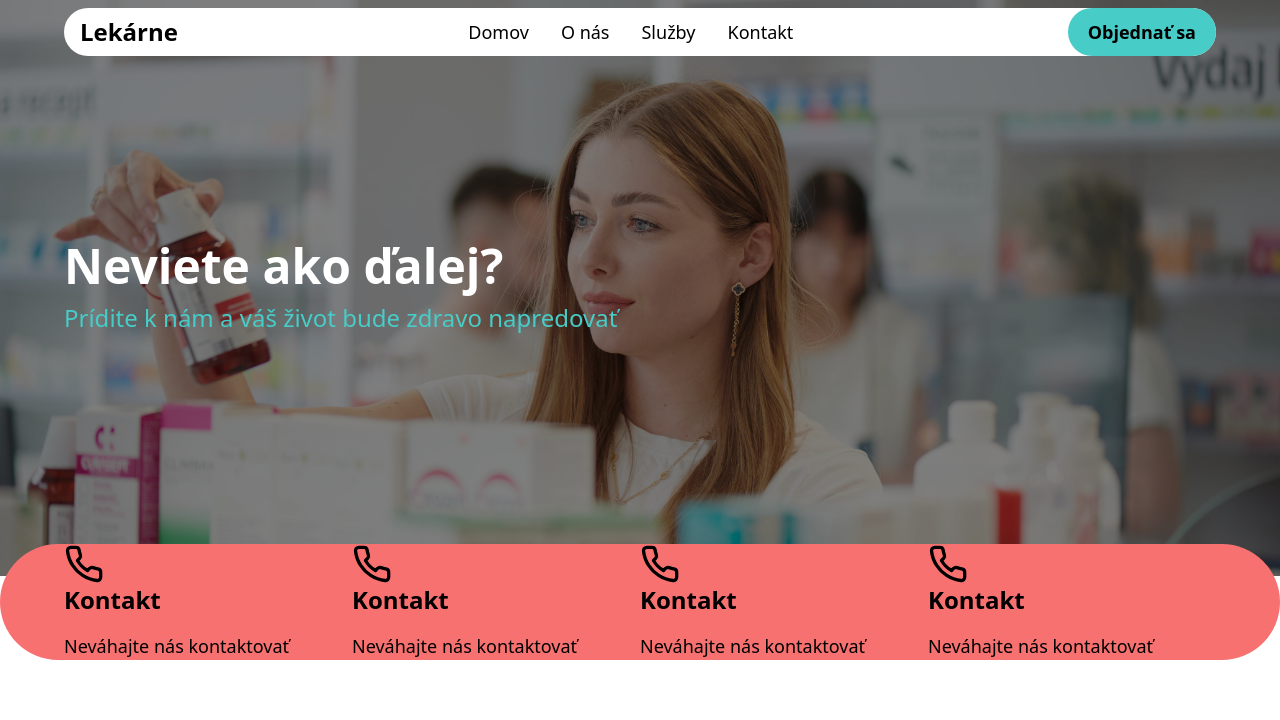
Repository: SimonSkoda13/Lekaren
Page: /
These files come from the project's save history. The page is drawn as it stood at one moment and after the next save; the edit follows.
The browser window is 1280 px wide. The pictures show the whole page.
The project was rebuilt for these pictures with package versions that can differ from the ones it lists, and the page was loaded fresh each time. The framework's server and built-in components were replaced by stand-ins that run in the browser. Also part of the build but not shown: next.config.js.

Above is the page before, as saved 2023-04-22 17:39:43.

### src/app/layout.tsx
import { Header } from "./components/Header/Header";
import "./globals.css";
import { Poppins } from "next/font/google";

export const metadata = {
  title: "Create Next App",
  description: "Generated by create next app",
};

export default function RootLayout({
  children,
}: {
  children: React.ReactNode;
}) {
  return (
    <html lang="en">
      <body className="bg-white min-h-[100vh]">
        <Header />
        <main>{children}</main>
        <footer></footer>
      </body>
    </html>
  );
}

### src/app/page.tsx
import Image from "next/image";
import { Inter } from "next/font/google";
import { HomeHero } from "./components/HomeHero/HomeHero";
import { Contact } from "./components/Contact/Contact";

const inter = Inter({ subsets: ["latin"] });

// page with

export default function Home() {
  return (
    <>
      <HomeHero
        title={"Neviete ako ďalej?"}
        image={"/homeBanner.jpg"}
        description={"Prídite k nám a váš život bude zdravo napredovať"}
      />
      <Contact
        items={[
          {
            title: "Kontakt",
            description: "Neváhajte nás kontaktovať",
            icon: "/contactIcon.svg",
          },
          {
            title: "Kontakt",
            description: "Neváhajte nás kontaktovať",
            icon: "/contactIcon.svg",
          },
          {
            title: "Kontakt",
            description: "Neváhajte nás kontaktovať",
            icon: "/contactIcon.svg",
          },
          {
            title: "Kontakt",
            description: "Neváhajte nás kontaktovať",
            icon: "/contactIcon.svg",
          },
        ]}
      />
    </>
  );
}

### src/app/components/Header/Header.tsx
import Link from "next/link";
import React from "react";

export interface HeaderProps {}

export const Header = (props: HeaderProps) => {
  const {} = props;
  return (
    <header className="cntn fixed w-full top-2 z-10">
      <div className="flex bg-white rounded-full">
        <h1 className="py-2 px-4 text-2xl font-bold">Lekárne</h1>
        <div className="py-2 px-4 flex gap-8 items-center mx-auto text-lg font-medium">
          <Link href="/">Domov</Link>
          <Link href="/onas">O nás</Link>
          <Link href="/sluzby">Služby</Link>
          <Link href="/kontakt">Kontakt</Link>
        </div>
        {/* button order self */}
        <div className="flex justify-center items-center px-5 p-0 bg-primary rounded-full text-lg font-bold">
          <Link href="/order">Objednať sa</Link>
        </div>
      </div>
    </header>
  );
};

### src/app/globals.css
@tailwind base;
@tailwind components;
@tailwind utilities;

@layer components {
  .cntn {
    @apply mx-auto px-4  max-w-screen-xl md:px-16;
  }
}

### src/app/components/HomeHero/HomeHero.tsx
import Image from "next/image";
import React from "react";
import { ImageGradient } from "./ImageGradient/ImageGradient";

export interface HomeHeroProps {
  title: string;
  image: string;
  description: string;
}

export const HomeHero = (props: HomeHeroProps) => {
  const { title, image, description } = props;
  return (
    <section className="relative h-[80vh] z-0 px-0">
      <div className="w-full h-full absolute left-0 top-0 ">
        {/* make filter for image to odd brightness from top biggest to bottom lowest */}
        <ImageGradient>
          <Image
            src={image}
            alt="Next.js logo"
            fill
            style={{
              objectFit: "cover",
              objectPosition: "center",
            }}
          />
        </ImageGradient>
      </div>
      <div className="cntn relative gap-3 h-full flex justify-center flex-wrap flex-col z-10">
        <h1 className="text-5xl font-bold text-white">{title}</h1>
        <p className="text-2xl text-primary">{description}</p>
      </div>
    </section>
  );
};

### src/app/components/Contact/Contact.tsx
import { Phone } from "lucide-react";
import Image from "next/image";
import React from "react";

export interface ContactProps {
  items?: {
    title: string;
    description: string;
    icon: string;
  }[];
}

export const Contact = (props: ContactProps) => {
  const { items } = props;
  return (
    <section className="cntn z-10 relative w-full min-h top-[-2rem] grid grid-cols-2 md:grid-cols-4 items-start bg-red-400 rounded-full">
      {items?.map((item) => (
        <div className="flex flex-col items-start gap-4">
          {/* <Image
            src={item.icon}
            alt={"contactIcon" + item.title}
            width={100}
            height={100}
          /> */}
          <div>
            <Phone size={40} />
            <h2 className="text-2xl font-bold">{item.title}</h2>
          </div>
          <p className="text-lg font-medium">{item.description}</p>
        </div>
      ))}
    </section>
  );
};

### src/app/components/HomeHero/ImageGradient/ImageGradient.tsx
import React from "react";

export interface ImageGradientProps {
  children: React.ReactNode;
}

export const ImageGradient = (props: ImageGradientProps) => {
  const { children } = props;
  return (
    <div className="relative w-full h-full brightness-50 overflow-hidden z-10">
      <div className="absolute inset-0 z-10"></div>
      {children}
    </div>
  );
};

### tailwind.config.js
/** @type {import('tailwindcss').Config} */
module.exports = {
  content: [
    "./src/pages/**/*.{js,ts,jsx,tsx,mdx}",
    "./src/components/**/*.{js,ts,jsx,tsx,mdx}",
    "./src/app/**/*.{js,ts,jsx,tsx,mdx}",
  ],
  theme: {
    extend: {
      colors: {
        primary: "#47CCC8",
        secondary: "#2D3663",
      },
    },
  },
  plugins: [],
};

Loaded but not shown: src/app/api/hello/route.ts (common file)

After the next save:
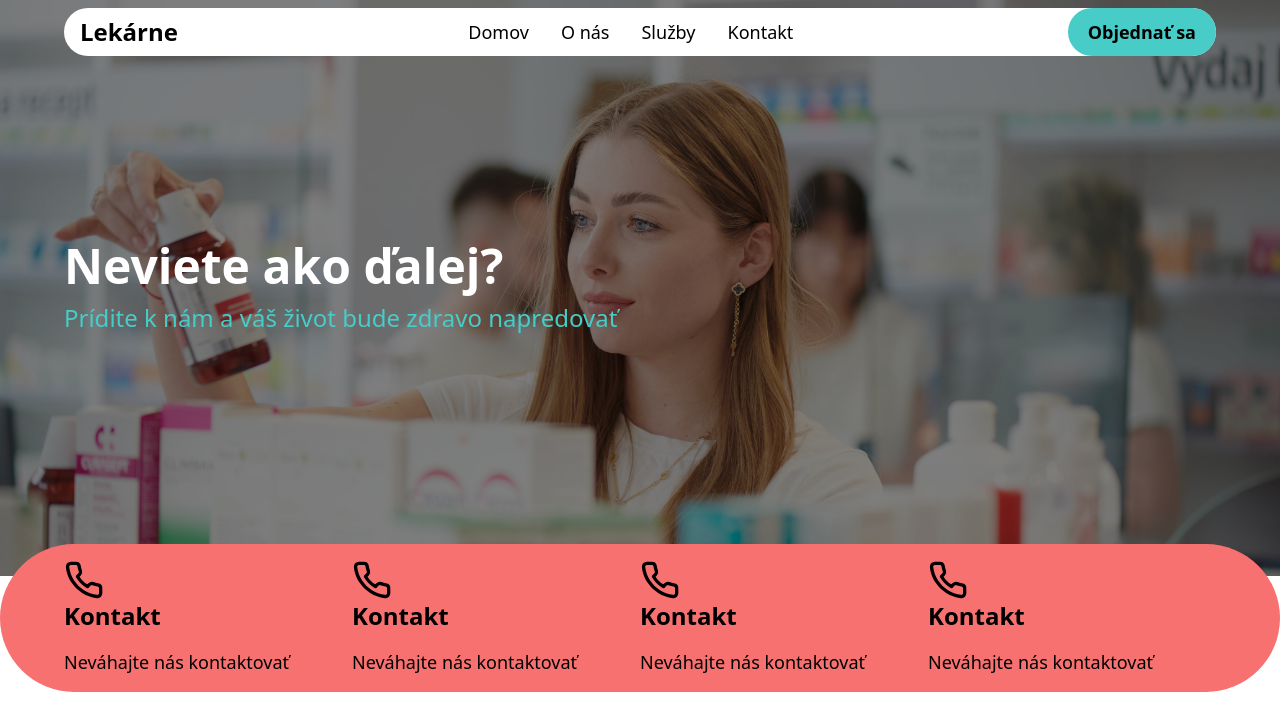
Saved 13 s later.
--- a/src/app/components/Contact/Contact.tsx
+++ b/src/app/components/Contact/Contact.tsx
@@ -15,7 +15,7 @@ export const Contact = (props: ContactProps) => {
   return (
     <section className="cntn z-10 relative w-full min-h top-[-2rem] grid grid-cols-2 md:grid-cols-4 items-start bg-red-400 rounded-full">
       {items?.map((item) => (
-        <div className="flex flex-col items-start gap-4">
+        <div className="flex flex-col items-start gap-4 py-4">
           {/* <Image
             src={item.icon}
             alt={"contactIcon" + item.title}
